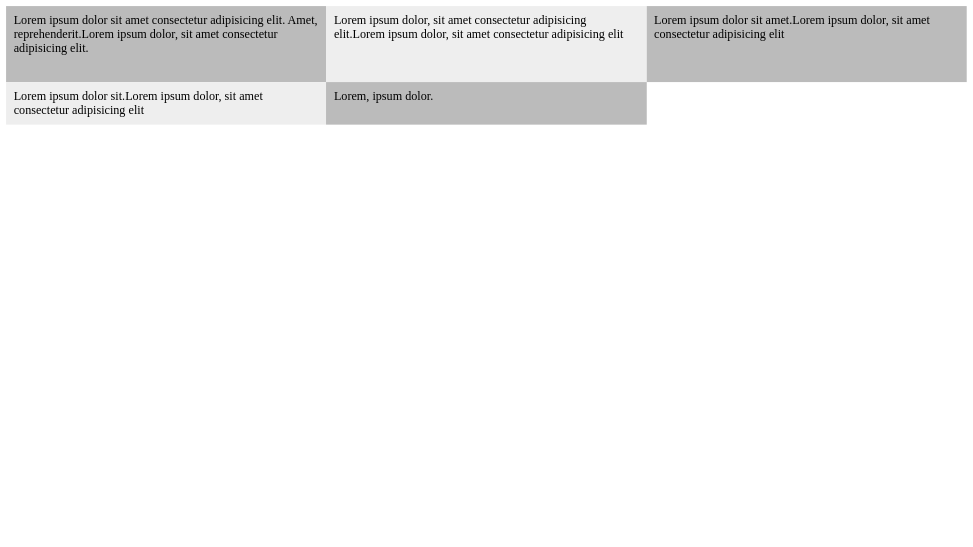
Repository: pvntlc/D-IT-Tech-Internship
Page: work_java/HTMLProject/src/main/webapp/DAY2/06.레이아웃구성2/3-11.grid1.html
The author's editor kept a copy of each file at every save. The page is drawn from the files as they stood at one save, then again after the next save.
The browser window is 1280 px wide. The pictures show the whole page, at 76% of full size.

Above is the page before, as saved 2023-09-07 06:38:29.

After the next save:
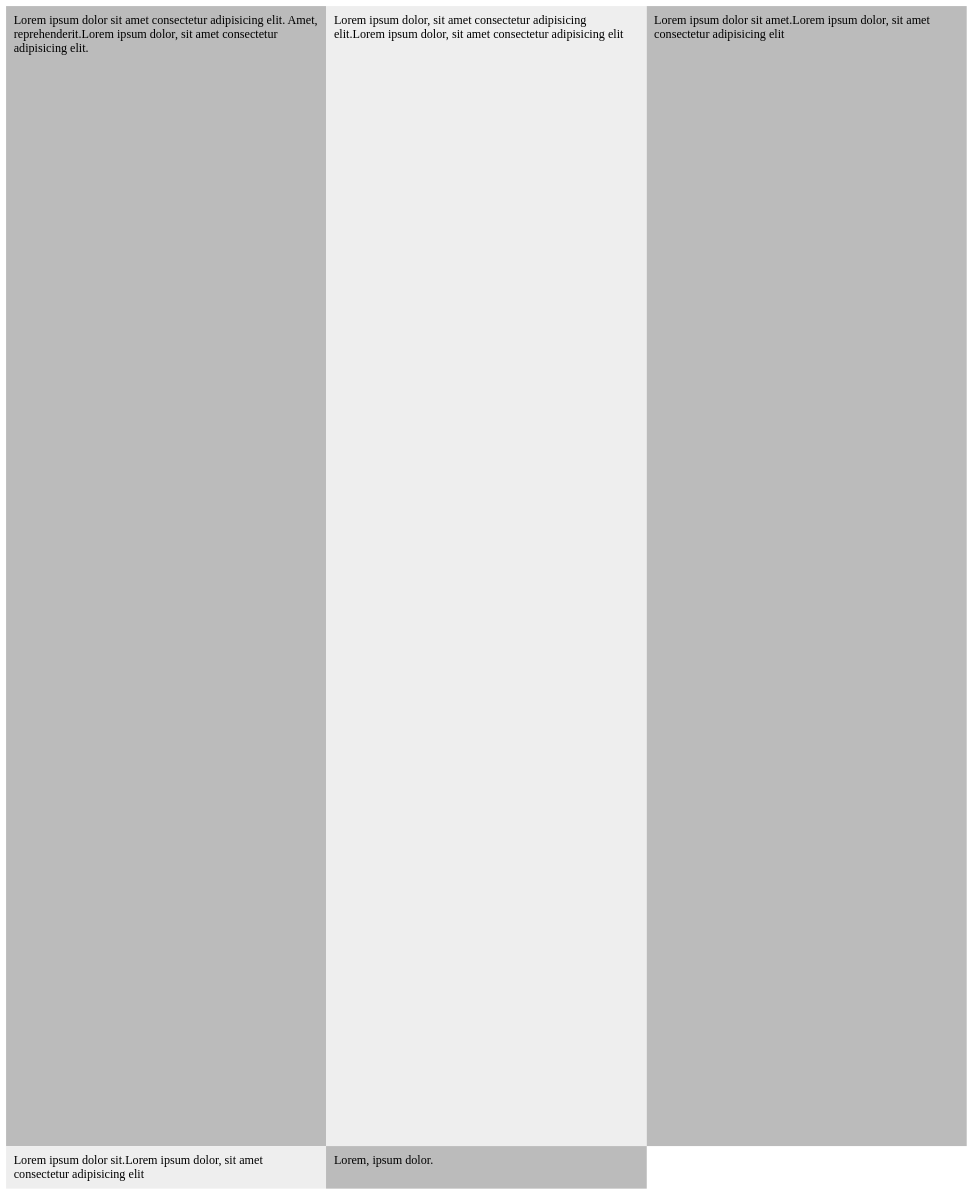
Saved 12 min 54 s later.
--- a/work_java/HTMLProject/src/main/webapp/DAY2/06.레이아웃구성2/3-11.grid1.html
+++ b/work_java/HTMLProject/src/main/webapp/DAY2/06.레이아웃구성2/3-11.grid1.html
@@ -12,7 +12,7 @@
         /* 너비가 같은 칼럼 3개 */
         grid-template-columns:repeat(3, 1fr);
          /* 줄 높이 최소 100px */
-        grid-template-rows: minmax(100px, auto);
+        grid-template-rows: minmax(1500px, auto);
       }
     .items{
       padding:10px;

After the save that followed:
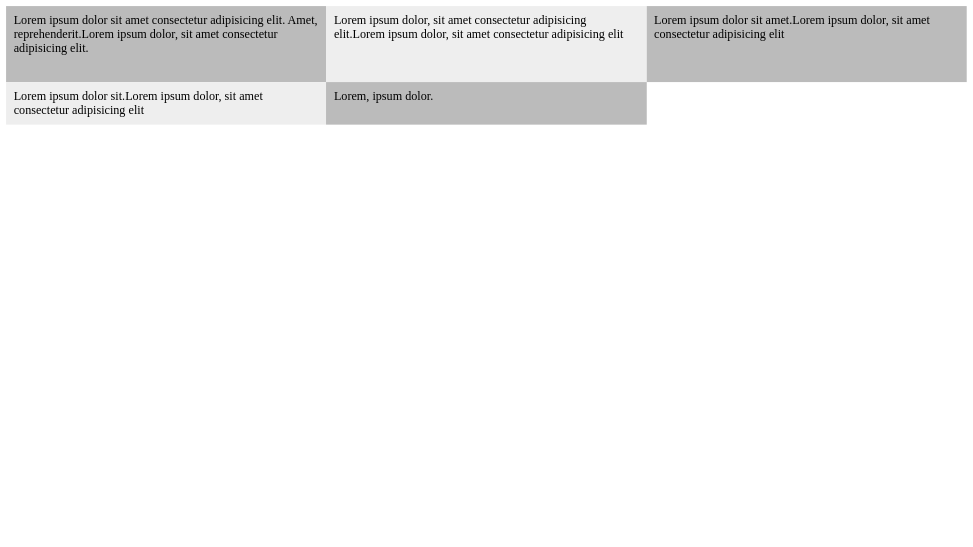
Saved 10 s later.
--- a/work_java/HTMLProject/src/main/webapp/DAY2/06.레이아웃구성2/3-11.grid1.html
+++ b/work_java/HTMLProject/src/main/webapp/DAY2/06.레이아웃구성2/3-11.grid1.html
@@ -12,7 +12,7 @@
         /* 너비가 같은 칼럼 3개 */
         grid-template-columns:repeat(3, 1fr);
          /* 줄 높이 최소 100px */
-        grid-template-rows: minmax(1500px, auto);
+        grid-template-rows: minmax(100px, auto);
       }
     .items{
       padding:10px;
